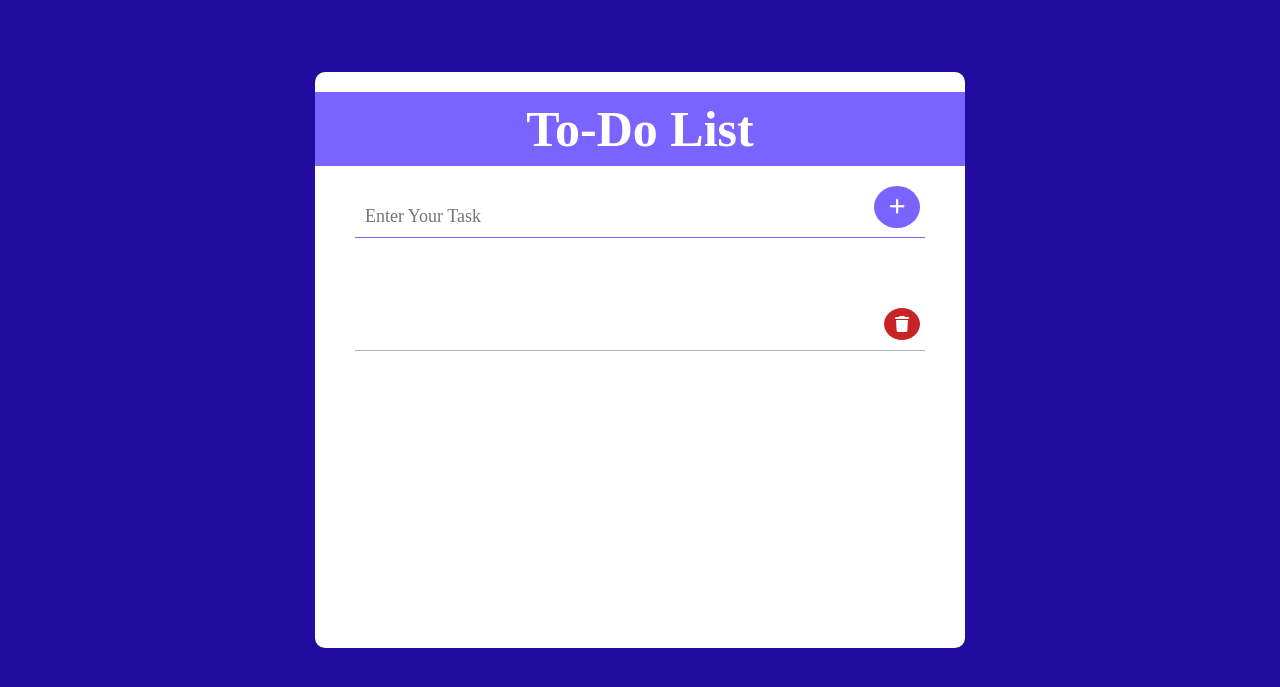
Repository: AliHassan02-Dev/To-Do-App
Page: /, after clicking the first element matching `span.fa-solid`
These files come from the project's save history. The page is drawn as it stood at one moment and after the next save; the edit follows.
The browser window is 1280 px wide. The pictures show the whole page.
Some web libraries are served in a nearby version. The project was rebuilt for these pictures with package versions that can differ from the ones it lists, and the page was loaded fresh each time. Also part of the build but not shown: vite.config.js.

Above is the page before, as saved 2024-10-28 12:26:16.

### src/main.jsx
import { StrictMode } from 'react'
import { createRoot } from 'react-dom/client'
import './App.css'
import App from './App.jsx'

createRoot(document.getElementById('root')).render(
  <>
    <App />
  </>,
)

### src/App.css
* {
  margin: 0;
  padding: 0;
  box-sizing: border-box;
  font-family: poppins;
}

/* SCROLLBAR CSS */
::-webkit-scrollbar {
  width: 6px;
}
::-webkit-scrollbar-track {
  background-color: rgba(122, 99, 255, 0.208);
  border-radius: 20px;
  box-shadow: inset 0 0 6px rgba(0, 0, 0, 0.5);
}
::-webkit-scrollbar-thumb {
  border-radius: 20px;
  background-color: rgb(122, 99, 255);
}
/* SCROLLBAR CSS */

body {
  overflow: hidden;
}

.mainWrapper {
  width: 100%;
  height: 100vh;
  background-color: rgb(34, 12, 160);
  display: flex;
  justify-content: center;
  flex-direction: column;
}

.mainWrapper .container {
  width: 100%;
  max-width: 650px;
  height: 80vh;
  background-color: white;
  margin: auto;
  border-radius: 10px;
  display: flex;
  flex-direction: column;
}

.mainWrapper .container .topBar {
  margin: 20px 0px;
}

.mainWrapper .container .topBar h2 {
  width: 100%;
  text-align: center;
  background-color: rgb(122, 99, 255);
  font-size: 50px;
  padding: 8px;
  color: white;
}

.mainWrapper .container .topBar .addTask {
  width: 100%;
  display: flex;
  justify-content: center;
  align-items: center;
  padding: 10px 40px;
  margin-top: 20px;
  position: relative;
}

.mainWrapper .container .topBar .addTask .wrapper {
  width: 100%;
  display: flex;
  justify-content: center;
  align-items: center;
  position: relative;
}

.mainWrapper .container .topBar .addTask input {
  width: 100%;
  border: none;
  border-bottom: 1px solid rgb(122, 99, 255);
  font-size: 18px;
  padding: 10px;
  outline: none;
}

.mainWrapper .container .topBar .addTask span {
  position: absolute;
  bottom: 10px;
  right: 5px;
  background-color: rgb(122, 99, 255);
  color: white;
  font-size: 18px;
  padding: 12px 15px;
  border-radius: 100%;
  cursor: pointer;
}

.mainWrapper .container .bottomBar {
  margin: 20px 0px;
  padding: 10px 40px;
  overflow: hidden;
  overflow-y: scroll;
  height: 100%;
}

.mainWrapper .container .bottomBar ol {
  list-style-type: none;
}

.mainWrapper .container .bottomBar .taskList {
  width: 100%;
  flex-wrap: nowrap;
  display: flex;
  justify-content: space-between;
  align-items: center;
  border-bottom: 1px solid rgba(100, 100, 100, 0.5);
  padding: 10px 5px;
  margin-bottom: 28px;
}

.mainWrapper .container .bottomBar .taskList li {
  font-size: 20px;
  font-weight: 600;
}

.mainWrapper .container .bottomBar .taskList span {
  color: white;
  background-color: rgb(199, 37, 37);
  padding: 8px 11px;
  font-size: 16px;
  border-radius: 100%;
  cursor: pointer;
}

### src/App.jsx
import React, { useEffect, useState } from "react";
import TaskList from "./Components/TaskList";

const App = () => {
  const [taskValue, setTaskValue] = useState("");
  const [TaskItems, setTaskItems] = useState([]);

  const handleEvent = (e) => {
    setTaskValue(e.target.value);
  };

  const addTaskItem = () => {
    setTaskItems((prevItem) => {
      return [...prevItem, taskValue];
    });
    setTaskValue("");
  };

  const removeTaskItem = (id) => {
    setTaskItems((prevItem) => {
      return prevItem.filter((arrElem, index) => {
        return index !== id;
      });
    });
  };

  useEffect(() => {
    const storedTasks = JSON.parse(localStorage.getItem("task-item"));
    if (storedTasks) {
      setTaskItems(storedTasks);
    }
  }, []);

  useEffect(() => {
    localStorage.setItem("task-item", JSON.stringify(TaskItems));
  }, [TaskItems]);

  return (
    <div className="mainWrapper">
      <div className="container">
        <div className="topBar">
          <h2>To-Do List</h2>

          <div className="addTask">
            <div className="wrapper">
              <input
                type="text"
                placeholder="Enter Your Task"
                onChange={handleEvent}
                value={taskValue}
              />
              <span className="fa-solid fa-plus" onClick={addTaskItem}></span>
            </div>
          </div>
        </div>
        <div className="bottomBar">
          <ol>
            {TaskItems.map((elem, idx) => {
              return (
                <TaskList
                  id={idx}
                  key={idx}
                  data={elem}
                  onRemove={removeTaskItem}
                />
              );
            })}
          </ol>
        </div>
      </div>
    </div>
  );
};

export default App;

### src/Components/TaskList.jsx
import React from "react";

const TaskList = ({ data, id, onRemove }) => {
  return (
    <div className="taskList">
      <li>{data}</li>
      <span
        className="fa-solid fa-trash"
        onClick={() => {
          onRemove(id);
        }}
      ></span>
    </div>
  );
};

export default TaskList;

Loaded but not shown: index.html (common file)

After the next save:
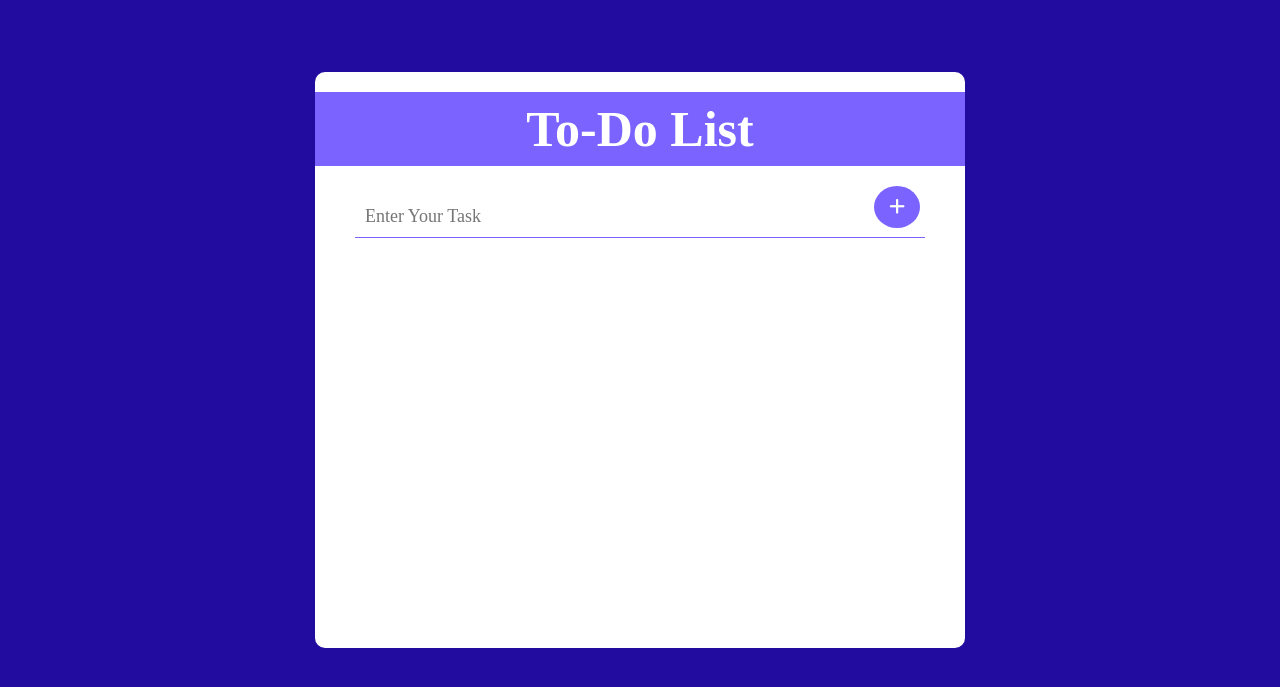
Console error: ReferenceError: isEditing is not defined
Saved 10 min 3 s later.
--- a/src/App.jsx
+++ b/src/App.jsx
@@ -9,10 +9,24 @@ const App = () => {
     setTaskValue(e.target.value);
   };
 
+  // const addTaskItem = () => {
+  //   setTaskItems((prevItem) => {
+  //     return [...prevItem, taskValue];
+  //   });
+  //   setTaskValue("");
+  // };
   const addTaskItem = () => {
-    setTaskItems((prevItem) => {
-      return [...prevItem, taskValue];
-    });
+    if (isEditing) {
+      setTaskItems((prevItem) => {
+        const updatedItems = [...prevItem];
+        updatedItems[editIndex] = taskValue;
+        return updatedItems;
+      });
+      setIsEditing(false);
+      setEditIndex(null);
+    } else {
+      setTaskItems((prevItem) => [...prevItem, taskValue]);
+    }
     setTaskValue("");
   };
 
@@ -22,6 +36,12 @@ const App = () => {
         return index !== id;
       });
     });
+  };
+
+  const editTaskItem = (index) => {
+    setTaskValue(TaskItems[index]);
+    setIsEditing(true);
+    setEditIndex(index);
   };
 
   useEffect(() => {
@@ -62,6 +82,7 @@ const App = () => {
                   key={idx}
                   data={elem}
                   onRemove={removeTaskItem}
+                  onEdit={editTaskItem}
                 />
               );
             })}
